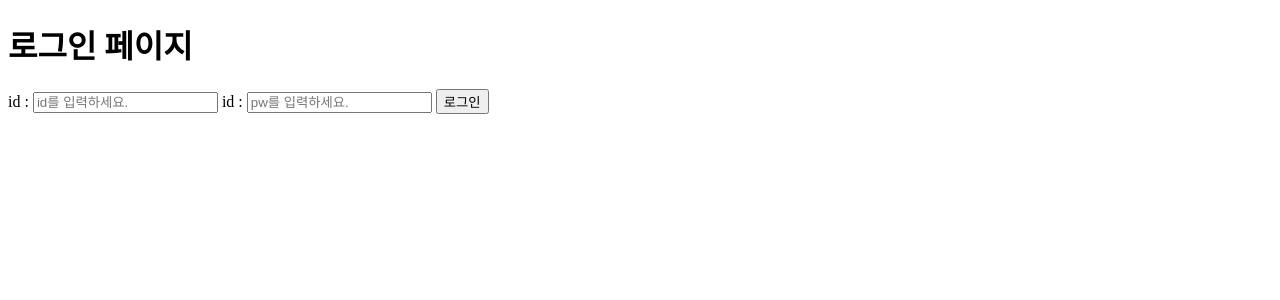
Repository: lbj0314/webTest
Page: Html_ex1/WebContent/member/login.html
An editor plug-in stored every save of this project. The page is shown before and after the next save, followed by the edit.
The browser window is 1280 px wide. The pictures show the whole page.

Above is the page before, as saved 2019-10-15 08:18:44.

After the next save:
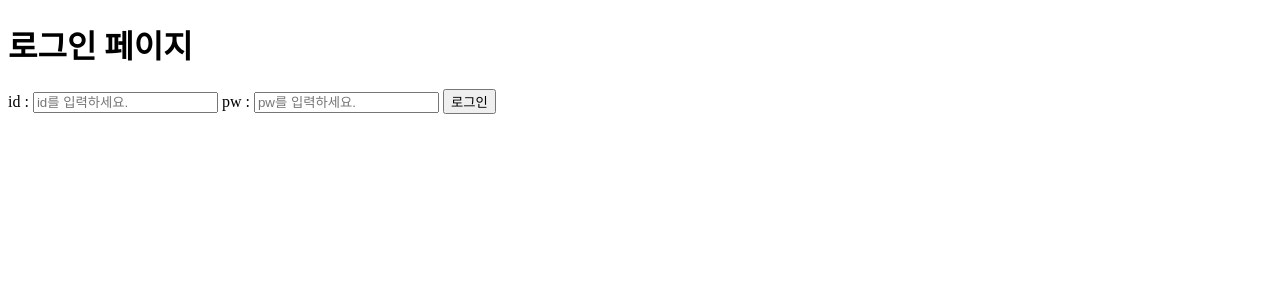
Saved 9 s later.
--- a/Html_ex1/WebContent/member/login.html
+++ b/Html_ex1/WebContent/member/login.html
@@ -8,7 +8,7 @@
 <form action="../index.html" method="post">
 <h1>로그인 페이지</h1>
 id : <input type="text" name="id" placeholder="id를 입력하세요.">
-id : <input type="text" name="pw" placeholder="pw를 입력하세요.">
+pw : <input type="password" name="pw" placeholder="pw를 입력하세요.">
 <input type="submit" value="로그인">
 </form>
 </body>
